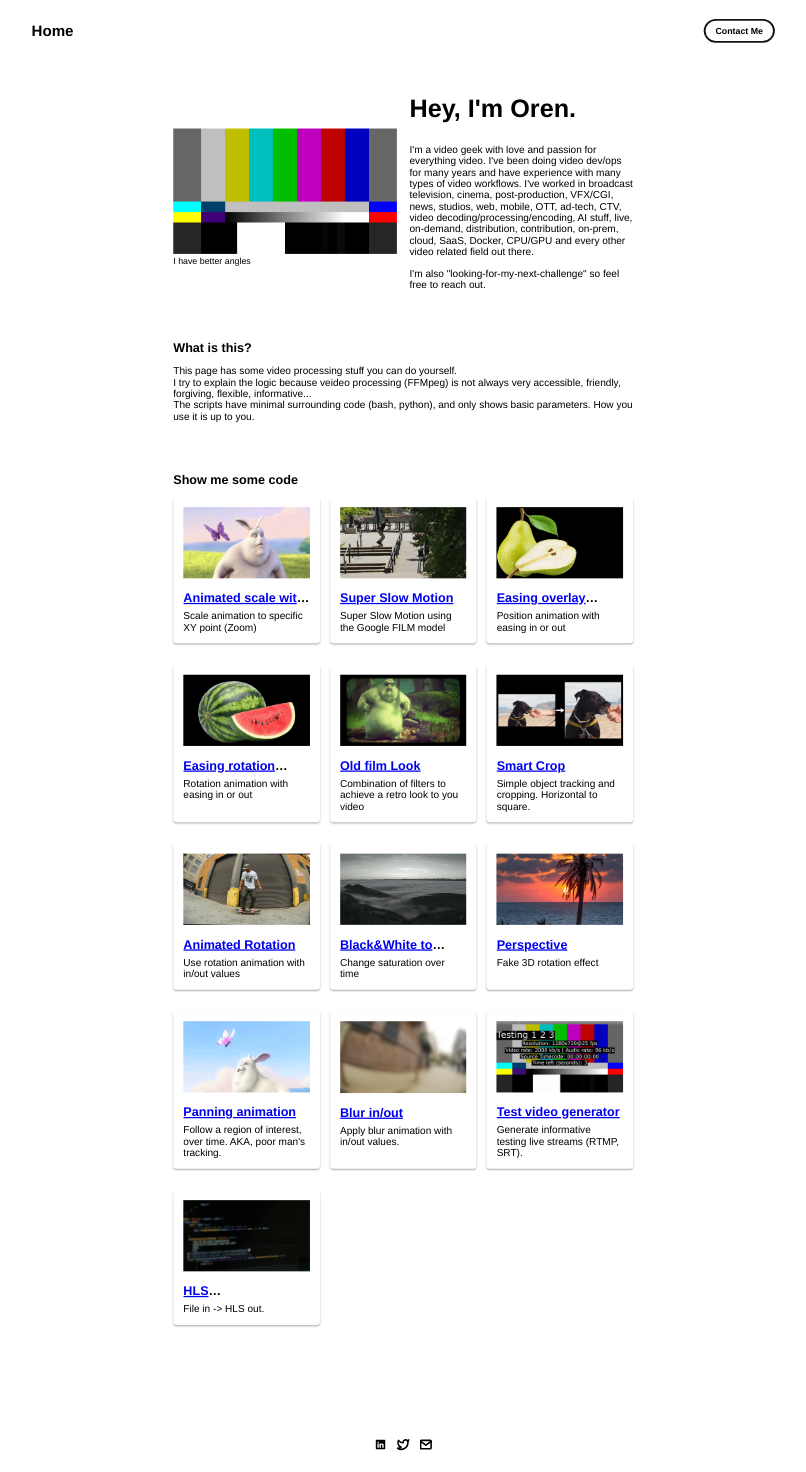
Repository: OrenShalmy/orenshalmy.github.io
Page: index.html
These files come from the project's save history. The page is drawn as it stood at one moment and after the next save; the edit follows.
The browser window is 1280 px wide. The pictures show the whole page, at 63% of full size.

Above is the page before, as saved 2024-09-16 16:11:20.

After the next save:
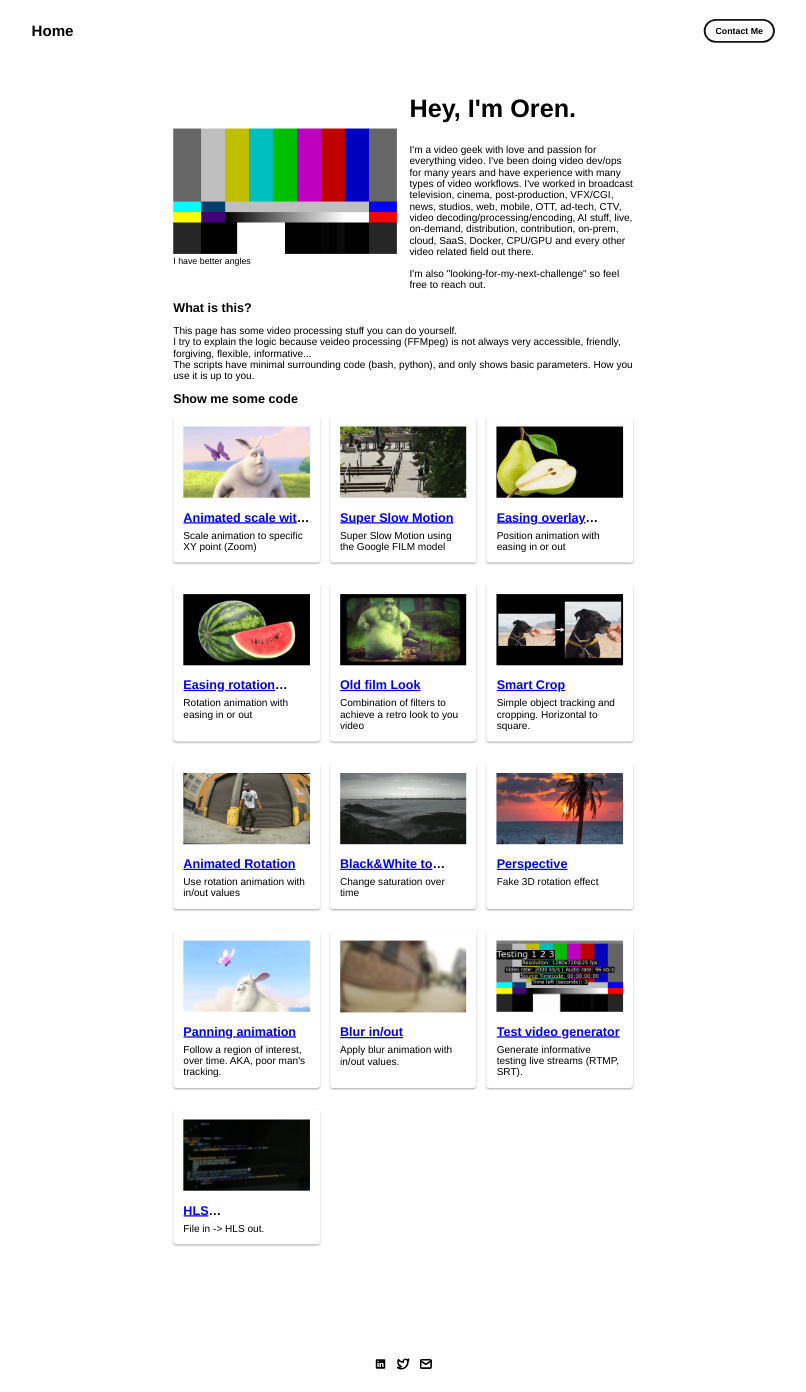
Saved 2 min 35 s later.
--- a/css/layout.css
+++ b/css/layout.css
@@ -18,11 +18,16 @@
 
 /* Main Page Layout */
 
+/* #main-content {
+  margin: 100px 425px;
+  display: flex;
+  flex-direction: column;
+  gap: 64px;
+} */
+
 #main-content {
-  margin: 100px 425px;
-  display: flex;
-  flex-direction: column;
-  gap: 64px;
+  max-width: 80%; /* Set the maximum width to 80% */
+  margin: 0 auto; /* Center the content horizontally */
 }
 
 /* Portfolio Header */

After the save that followed:
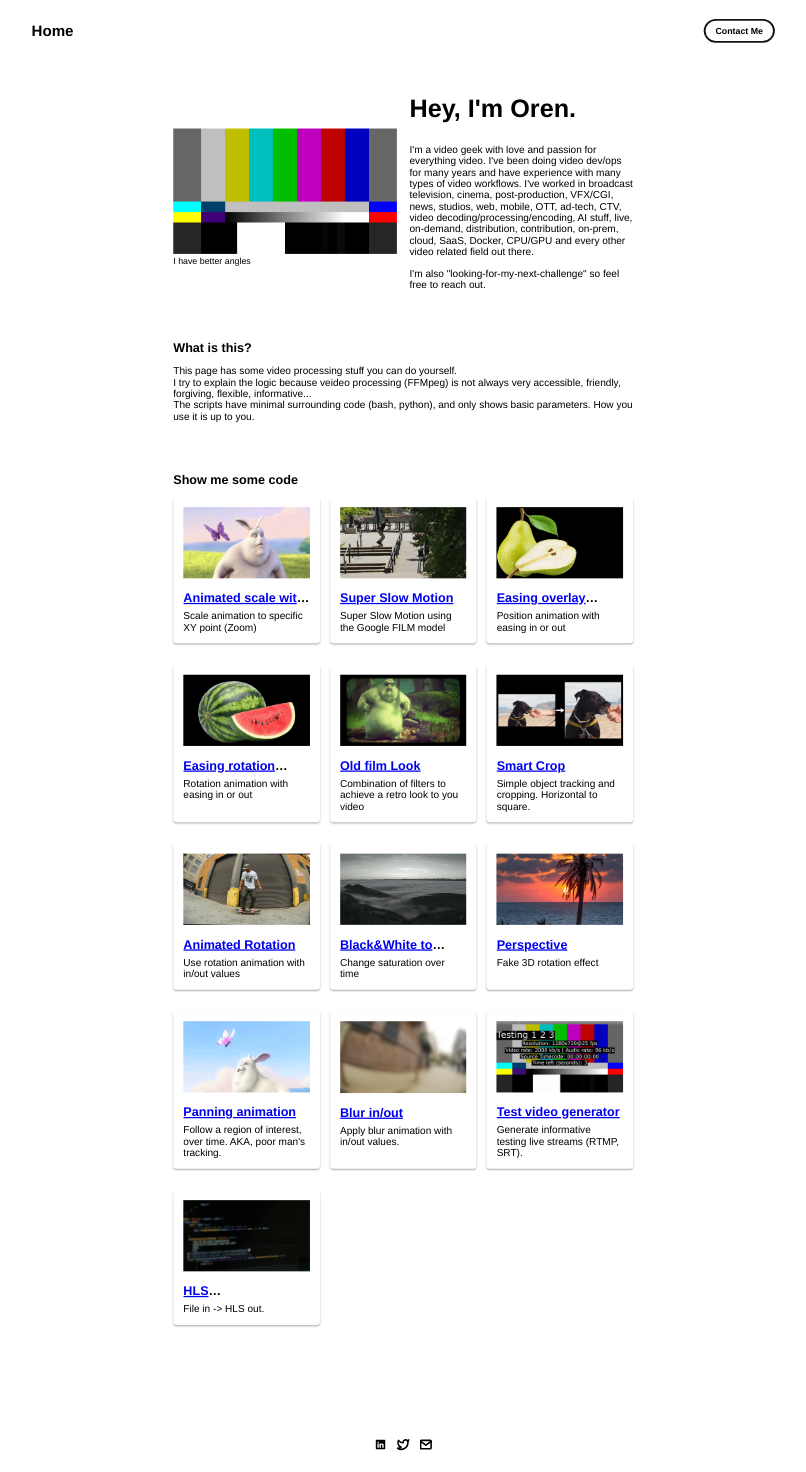
Saved 108 s later.
--- a/css/layout.css
+++ b/css/layout.css
@@ -18,16 +18,11 @@
 
 /* Main Page Layout */
 
-/* #main-content {
+#main-content {
   margin: 100px 425px;
   display: flex;
   flex-direction: column;
   gap: 64px;
-} */
-
-#main-content {
-  max-width: 80%; /* Set the maximum width to 80% */
-  margin: 0 auto; /* Center the content horizontally */
 }
 
 /* Portfolio Header */
